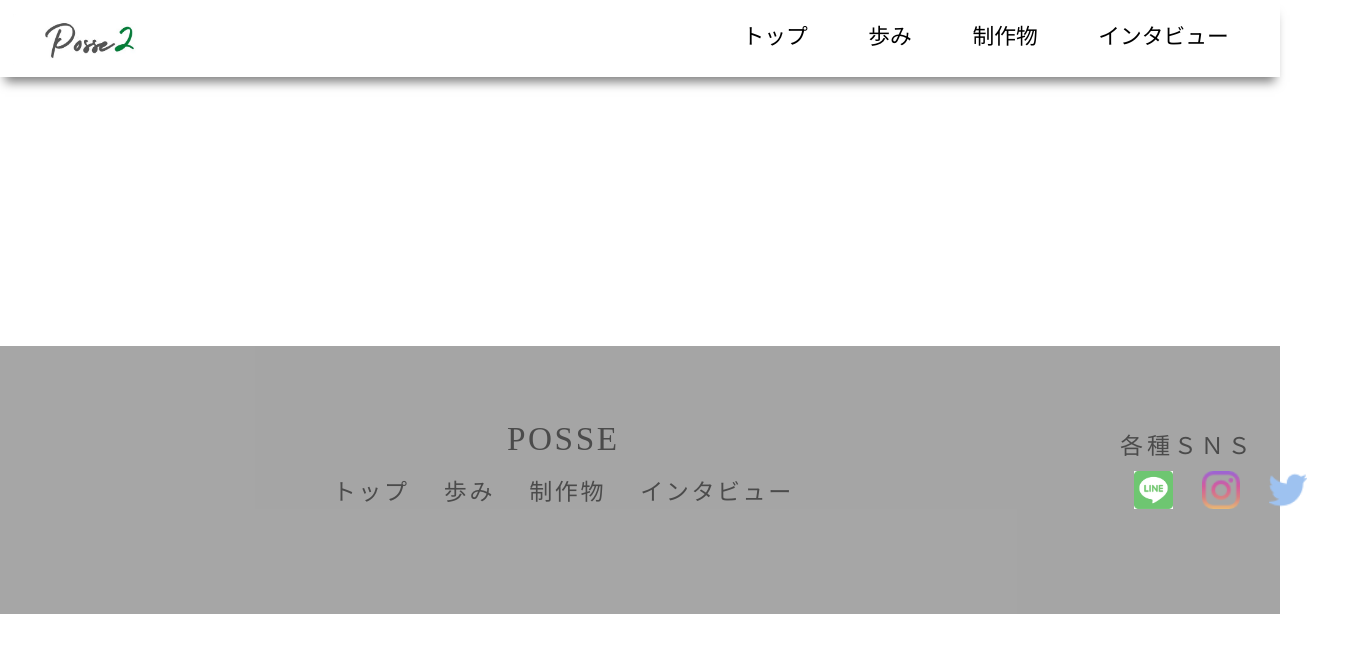
Repository: posse-ap/posse2-hackathon-202202-team2A
Page: topPage/index.html
The author's editor kept a copy of each file at every save. The page is drawn from the files as they stood at one save, then again after the next save.
The browser window is 1280 px wide. The page is 1322 px wide, then 1350 px, so the pictures cover 1350 px, including what lies to the right of the window. The pictures show the whole page.

Above is the page before, as saved 2022-02-15 02:45:13.

After the next save:
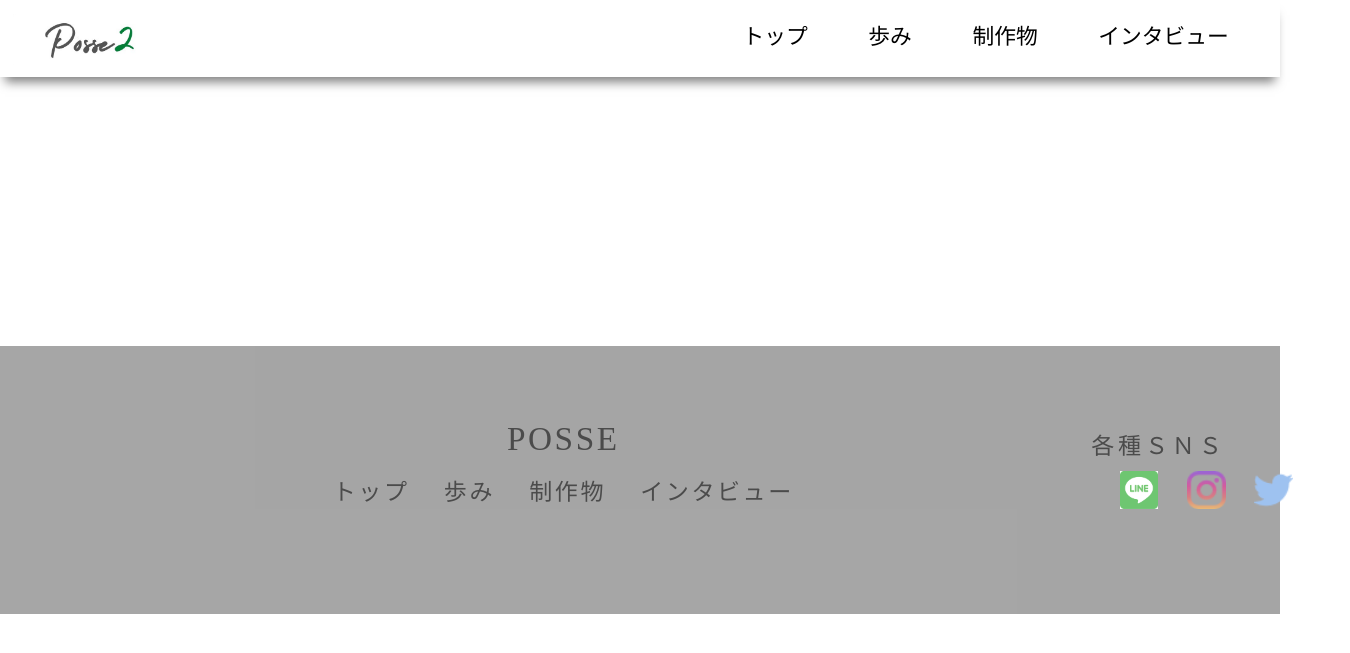
Saved 68 s later.
--- a/topPage/style.css
+++ b/topPage/style.css
@@ -377,7 +377,7 @@ h3 {
 }
 
 .SNS {
-    width: 14%;
+    width: 20%;
 }
 
 .SNS_box a {
